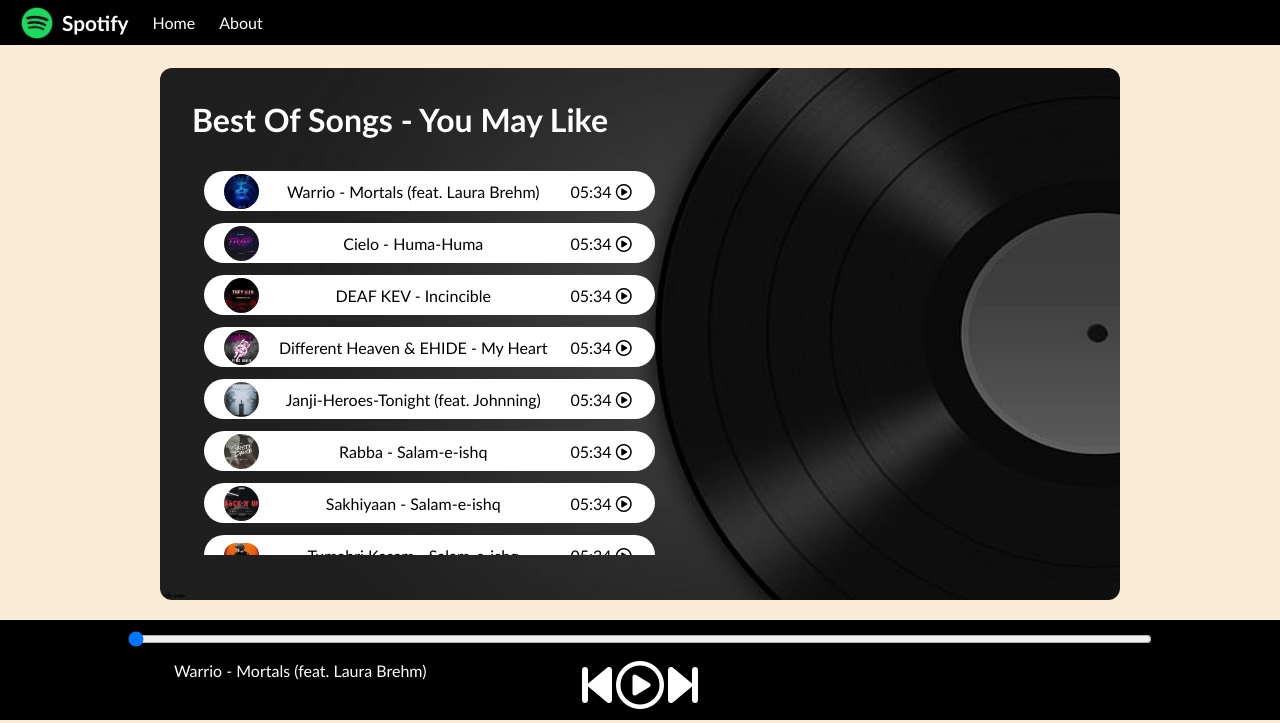
Repository: Chiranshukapil/Spotify-Project
Page: index.html
The author's editor kept a copy of each file at every save. The page is drawn from the files as they stood at one save, then again after the next save.
The browser window is 1280 px wide. The pictures show the whole page.
An inner scrolling area shows only its first screen. Some web libraries are served in a nearby version.

Above is the page before, as saved 2024-06-26 17:48:39.

### index.html
<!DOCTYPE html>
<html lang="en">
<head>
    <meta charset="UTF-8">
    <meta name="viewport" content="width=device-width, initial-scale=1.0">
    <title>Spotify</title>
    <link rel="icon" href="Files/logo.png">
    <link rel="stylesheet" href="style.css">
</head>
<body>
    <nav>
        <ul>
            <li class="brand" ><img src="Files/logo.png" alt="spotify">Spotify</li>
            <li>Home</li>
            <li>About</li>
        </ul>
    </nav>

    <div class="container">
       <div class="songlist">
            <h1>Best Of Songs - You May Like</h1>
            <div class="songitemContainer">
                <div class="songitem">
                    <img src="Files/covers/10.jpg" alt="0">
                    <span class="songname">Let Me Love You</span>
                    <span class="songlistplay"><span class="timestamp"><span class="Duration">05:34</span> <i id="0" class="far songitemplay fa-circle-play"></i></span></span>
                </div>
                <div class="songitem">
                    <img src="Files/covers/10.jpg" alt="1">
                    <span class="songname">Let Me Love You</span>
                    <span class="songlistplay"><span class="timestamp"><span class="Duration">05:34</span> <i id="1" class="far songitemplay fa-circle-play"></i></span></span>
                </div>
                <div class="songitem">
                    <img src="Files/covers/10.jpg" alt="2">
                    <span class="songname">Let Me Love You</span>
                    <span class="songlistplay"><span class="timestamp"><span class="Duration">05:34</span> <i id="2" class="far songitemplay fa-circle-play"></i></span></span>
                </div>
                <div class="songitem">
                    <img src="Files/covers/10.jpg" alt="3">
                    <span class="songname">Let Me Love You</span>
                    <span class="songlistplay"><span class="timestamp"><span class="Duration">05:34</span> <i id="3" class="far songitemplay fa-circle-play"></i></span></span>
                </div>
                <div class="songitem">
                    <img src="Files/covers/10.jpg" alt="4">
                    <span class="songname">Let Me Love You</span>
                    <span class="songlistplay"><span class="timestamp"><span class="Duration">05:34</span> <i id="4" class="far songitemplay fa-circle-play"></i></span></span>
                </div>
                <div class="songitem">
                    <img src="Files/covers/10.jpg" alt="5">
                    <span class="songname">Let Me Love You</span>
                    <span class="songlistplay"><span class="timestamp"><span class="Duration">05:34</span> <i id="5" class="far songitemplay fa-circle-play"></i></span></span>
                </div>
                <div class="songitem">
                    <img src="Files/covers/10.jpg" alt="6">
                    <span class="songname">Let Me Love You</span>
                    <span class="songlistplay"><span class="timestamp"><span class="Duration">05:34</span> <i id="6" class="far songitemplay fa-circle-play"></i></span></span>
                </div>
                <div class="songitem">
                    <img src="Files/covers/10.jpg" alt="7">
                    <span class="songname">Let Me Love You</span>
                    <span class="songlistplay"><span class="timestamp"><span class="Duration">05:34</span> <i id="7" class="far songitemplay fa-circle-play"></i></span></span>
                </div>
                <div class="songitem">
                    <img src="Files/covers/10.jpg" alt="8">
                    <span class="songname">Let Me Love You</span>
                    <span class="songlistplay"><span class="timestamp"><span class="Duration">05:34</span> <i id="8" class="far songitemplay fa-circle-play"></i></span></span>
                </div>
                <div class="songitem">
                    <img src="Files/covers/10.jpg" alt="9">
                    <span class="songname">Let Me Love You</span>
                    <span class="songlistplay"><span class="timestamp"><span class="Duration">05:34</span> <i id="9" class="far songitemplay fa-circle-play"></i></span></span>
                </div>
            </div>
       </div>
       <div class="songbanner">

       </div>
    </div>
    <div class="bottom">
        <input type="range" name="range" id="myprogressbar" min="0" value="0" max="100">
        <div class="icons">
            <i class="fa-solid fa-3x fa-backward-step" id="previous"></i>
            <i class="far fa-3x  fa-circle-play" id="masterplay"></i>
            <i class="fa-solid fa-3x fa-forward-step" id="next"></i>
        </div>
        <div class="songinfo">
            <img src="Files/playing.gif" width="42px" alt="" id="gif"> <span id="mastersongname">Warrio - Mortals (feat. Laura Brehm)</span>
        </div>
    </div>

    <script src="https://kit.fontawesome.com/d4c1d0ed5a.js" crossorigin="anonymous"></script>
    <script src="script.js"></script>
</body>
</html>

### style.css
*{
    margin: 0;
    padding: 0;
}

html,body{
    /* height: 100%; */
    background-color:antiquewhite;
}

nav{
    /* height: 6.5%; */
    font-family: 'Gill Sans', 'Gill Sans MT', Calibri, 'Trebuchet MS', sans-serif;

}
nav ul{
    display: flex;
    align-items: center;
    list-style-type: none;
    background-color: black;
    height: 45px;
    color: white;
}

nav ul li{
    padding: 0 12px;
}

.brand img{
    height: 34px;
    padding: 8px;
}

.brand{
    display: flex;
    align-items: center;
    font-weight: bolder;
    font-size: 1.3rem;
}

.container{
    min-height: 65vh;
    background-color: black;
    color: white;
    font-family: 'Trebuchet MS', 'Lucida Sans Unicode', 'Lucida Grande', 'Lucida Sans', Arial, sans-serif;
    display: flex;
    width: 70%;
    margin: 23px auto;
    border-radius: 12px;
    padding: 32px;
    background-image: url(Files/bg_cd.jpg);
    background-repeat: no-repeat;
    background-size: 100% 100%;
}

.bottom{
    position: sticky;
    background-color: black;
    height: 100px;
    color: white;
    bottom: 0;
    display: flex;
    justify-content: center;
    align-items: center;
    flex-direction: column;

}

.icons{
    margin-top: 14px;
}

.icons i{
    cursor: pointer;
}

#myprogressbar{
    width: 80vw;
    cursor: pointer;
}

.songitemContainer{
    margin-top: 20px;
    height: 55vh;
    overflow-y: scroll;
}

.songitem{
    height: 40px;
    display: flex;
    background-color: white;
    color: black;
    margin: 12px;
    justify-content: space-between;
    align-items: center;
    border-radius: 34px;
}
.songitem img{
    width: 35px;
    margin: 0px 20px;
    border-radius: 34px;
}

.timestamp{
    margin: 23px;
}

.timestamp i{
    cursor: pointer;
}

.songinfo{
    position: absolute;
    left: 10vw;
    font-family: 'Trebuchet MS', 'Lucida Sans Unicode', 'Lucida Grande', 'Lucida Sans', Arial, sans-serif;
}
.songinfo img{
    opacity: 0;
    transition: opacity 0.4s ease-in;
}

### script.js
let songindex=0;
let audioelement = new Audio("Files/songs/1.mp3");
let masterplay = document.getElementById("masterplay");
let mastersongname = document.getElementById("mastersongname");
let myprogressbar = document.getElementById("myprogressbar");
let gif = document.getElementById("gif");
let songitems = Array.from(document.getElementsByClassName("songitem"))

let songs = [
    {songname: "Warrio - Mortals (feat. Laura Brehm)", filepath: "Files/songs/1.mp3", coverpath: "Files/covers/1.jpg"},
    {songname: "Cielo - Huma-Huma", filepath: "Files/songs/2.mp3", coverpath: "Files/covers/2.jpg"},
    {songname: "DEAF KEV - Incincible", filepath: "Files/songs/3.mp3", coverpath: "Files/covers/3.jpg"},
    {songname: "Different Heaven & EHIDE - My Heart", filepath: "Files/songs/4.mp3", coverpath: "Files/covers/4.jpg"},
    {songname: "Janji-Heroes-Tonight (feat. Johnning)", filepath: "Files/songs/5.mp3", coverpath: "Files/covers/5.jpg"},
    {songname: "Rabba - Salam-e-ishq", filepath: "Files/songs/6.mp3", coverpath: "Files/covers/6.jpg"},
    {songname: "Sakhiyaan - Salam-e-ishq", filepath: "Files/songs/7.mp3", coverpath: "Files/covers/7.jpg"},
    {songname: "Tumahri Kasam - Salam-e-ishq", filepath: "Files/songs/8.mp3", coverpath: "Files/covers/8.jpg"},
    {songname: "Nahi Jeena - Salam-e-ishq", filepath: "Files/songs/9.mp3", coverpath: "Files/covers/9.jpg"},
    {songname: "Man Kare Toh - Salam-e-ishq", filepath: "Files/songs/10.mp3", coverpath: "Files/covers/10.jpg"}
]

songitems.forEach((element,i)=>{
    element.getElementsByTagName("img")[0].src = songs[i].coverpath;
    element.getElementsByClassName("songname")[0].innerText = songs[i].songname;
    // element.getElementsByClassName("Duration")[0].innerText = Audio(`${songs[i].filepath}`).duration;
})

//Handle play/pause
masterplay.addEventListener('click', ()=>{
    if(audioelement.paused || audioelement.currentTime<=0){
        audioelement.play()
        masterplay.classList.remove("fa-circle-play")
        masterplay.classList.add("fa-circle-pause")
        gif.style.opacity = 1
        masterplay.style.color = "lightblue"
    }
    else{
        audioelement.pause()
        masterplay.classList.remove("fa-circle-pause")
        masterplay.classList.add("fa-circle-play")
        gif.style.opacity = 0
        masterplay.style.color = "white"

        Array.from(document.getElementsByClassName("songitemplay")).forEach((element)=>{
            if(element.classList.contains("fa-circle-pause")){
                element.classList.remove("fa-circle-pause")
                element.classList.add("fa-circle-play")
            }
        })

    }
})


audioelement.addEventListener('timeupdate', ()=>{
    //seek bar update
    progress = parseInt((audioelement.currentTime/audioelement.duration)*100)
    myprogressbar.value = progress;
})


myprogressbar.addEventListener('change',()=>{
    audioelement.currentTime = (myprogressbar.value * audioelement.duration)/100
})

const makeallplay = ()=>{
    Array.from(document.getElementsByClassName("songitemplay")).forEach((element)=>{
        element.classList.remove("fa-circle-pause")
        element.classList.add("fa-circle-play")
    })
}

Array.from(document.getElementsByClassName("songitemplay")).forEach((element)=>{
    element.addEventListener("click", (e)=>{
        if(audioelement.paused || e.target.classList.contains("fa-circle-play")){
            makeallplay()
            e.target.classList.remove("fa-circle-play")
            e.target.classList.add("fa-circle-pause")
            songindex = parseInt(e.target.id)
            audioelement.src = `Files/songs/${songindex+1}.mp3`
            mastersongname.innerText = songs[songindex].songname
            audioelement.currentTime = 0
            audioelement.play()
            gif.style.opacity = 1
            masterplay.classList.remove("fa-circle-play")
            masterplay.classList.add("fa-circle-pause")
        }
        else{
            audioelement.pause()
            e.target.classList.remove("fa-circle-pause")
            e.target.classList.add("fa-circle-play")
            gif.style.opacity = 0
            masterplay.classList.remove("fa-circle-pause")
            masterplay.classList.add("fa-circle-play")

        }
        // makeallplay();
        // e.target.classList.remove("fa-circle-play")
        // e.target.classList.add("fa-circle-pause")
        // songindex = parseInt(e.target.id)
        // audioelement.src = `Files/songs/${songindex+1}.mp3`
        // mastersongname.innerText = songs[songindex].songname
        // audioelement.currentTime = 0;
        // audioelement.play()
        // gif.style.opacity = 1
        // masterplay.classList.remove("fa-circle-play")
        // masterplay.classList.add("fa-circle-pause")
    })
})


document.getElementById('next').addEventListener("click",()=>{
    if(songindex>9){
        songindex=0;
    }
    else{
        songindex+=1;
    }

    document.getElementById('next').style.color = "lightblue"
    setTimeout(() => {
        document.getElementById('next').style.color = ""
    }, 300);

    audioelement.src = `Files/songs/${songindex+1}.mp3`
    mastersongname.innerText = songs[songindex].songname
    audioelement.currentTime = 0;
    audioelement.play()
    gif.style.opacity = 1
    masterplay.classList.remove("fa-circle-play")
    masterplay.classList.add("fa-circle-pause")
})

document.getElementById('previous').addEventListener("click",()=>{
    if(songindex<=0){
        songindex=0;
    }
    else{
        songindex-=1;
    }

    document.getElementById('previous').style.color = "lightblue"
    setTimeout(() => {
        document.getElementById('previous').style.color = ""
    }, 300);

    audioelement.src = `Files/songs/${songindex+1}.mp3`
    mastersongname.innerText = songs[songindex].songname
    audioelement.currentTime = 0;
    audioelement.play()
    gif.style.opacity = 1
    masterplay.classList.remove("fa-circle-play")
    masterplay.classList.add("fa-circle-pause")
})

After the next save:
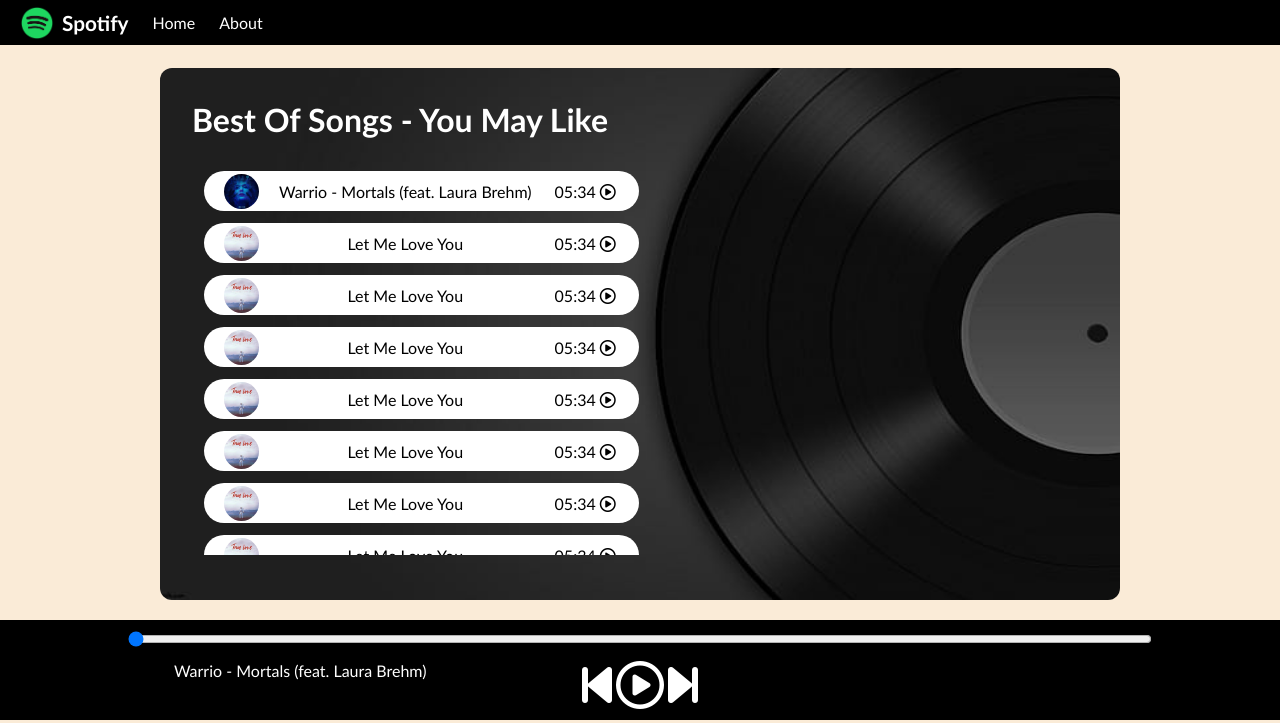
Console error (its wording comes from the project's code and is left out).
Saved 60 s later.
--- a/script.js
+++ b/script.js
@@ -22,7 +22,7 @@
 songitems.forEach((element,i)=>{
     element.getElementsByTagName("img")[0].src = songs[i].coverpath;
     element.getElementsByClassName("songname")[0].innerText = songs[i].songname;
-    // element.getElementsByClassName("Duration")[0].innerText = Audio(`${songs[i].filepath}`).duration;
+    element.getElementsByClassName("Duration")[0].innerText = Audio(`${songs[i].filepath}`).duration;
 })
 
 //Handle play/pause

After the save that followed:
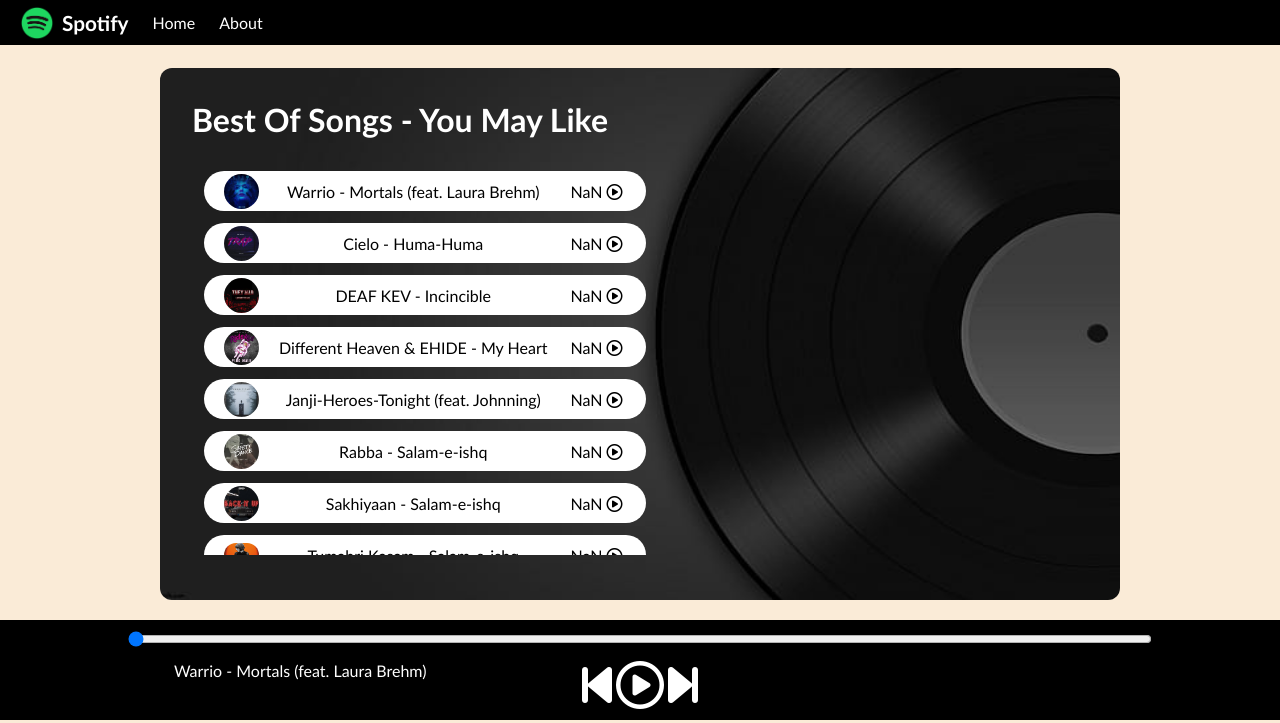
The error is gone.
Saved 87 s later.
--- a/script.js
+++ b/script.js
@@ -22,7 +22,7 @@
 songitems.forEach((element,i)=>{
     element.getElementsByTagName("img")[0].src = songs[i].coverpath;
     element.getElementsByClassName("songname")[0].innerText = songs[i].songname;
-    element.getElementsByClassName("Duration")[0].innerText = Audio(`${songs[i].filepath}`).duration;
+    element.getElementsByClassName("Duration")[0].innerText = new Audio(`${songs[i].filepath}`).duration;
 })
 
 //Handle play/pause
